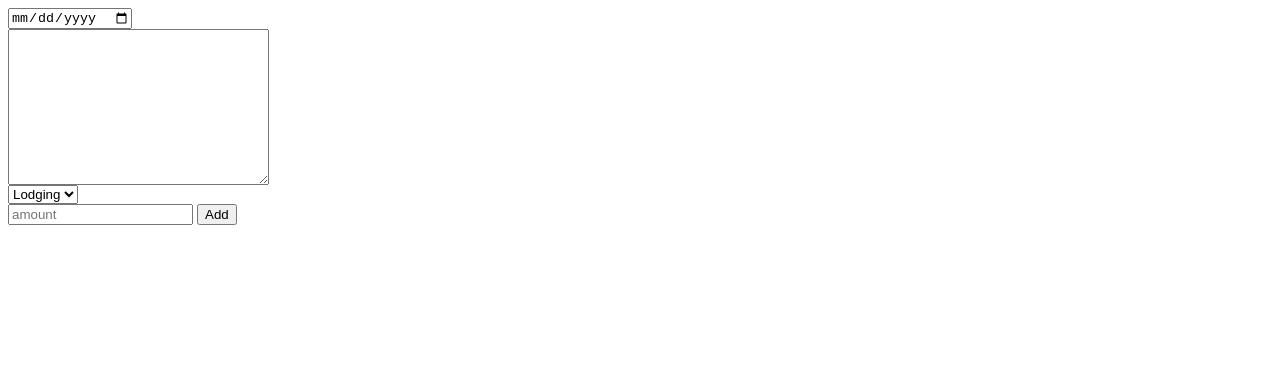
Repository: mileslacue/Project1
Page: Minimal Viable Product/Project1/ERS/src/main/webapp/partials/createReimbursement.html
These files come from the project's save history. The page is drawn as it stood at one moment and after the next save; the edit follows.
The browser window is 1280 px wide. The pictures show the whole page.

Above is the page before, as saved 2018-11-07 00:52:25.

After the next save:
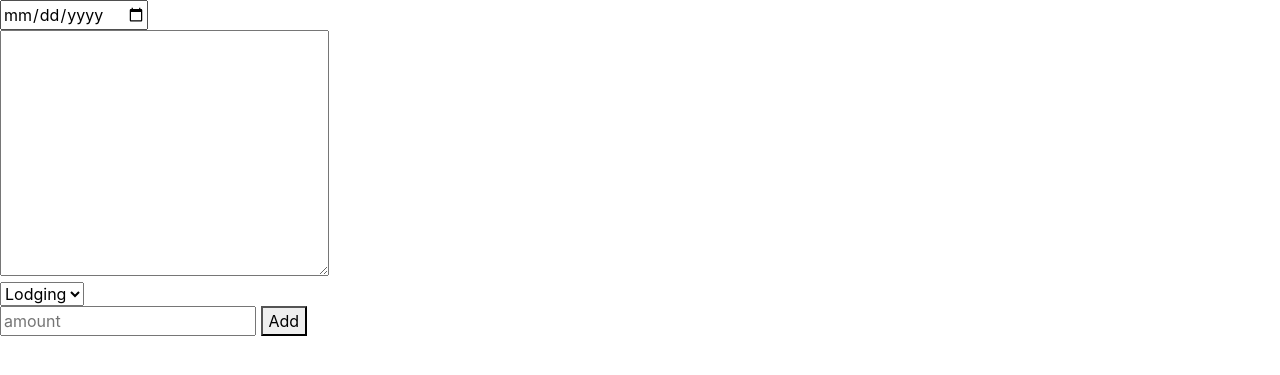
Saved 3 min 21 s later.
--- a/Minimal Viable Product/Project1/ERS/src/main/webapp/partials/createReimbursement.html
+++ b/Minimal Viable Product/Project1/ERS/src/main/webapp/partials/createReimbursement.html
@@ -1,13 +1,27 @@
+<!DOCTYPE html>
+<html lang="en">
+
+<head>
+<meta charset="UTF-8">
+<meta name="viewport" content="width=device-width, initial-scale=1.0">
+<meta http-equiv="X-UA-Compatible" content="ie=edge">
+<link rel="stylesheet"
+	href="https://stackpath.bootstrapcdn.com/bootstrap/4.1.3/css/bootstrap.min.css"
+	integrity="sha384-MCw98/SFnGE8fJT3GXwEOngsV7Zt27NXFoaoApmYm81iuXoPkFOJwJ8ERdknLPMO"
+	crossorigin="anonymous">
+<body>
 <input type="date" id="date" placeholder="">
 <br>
 <textarea name="description" id="description" cols="30" rows="10"></textarea>
 <br>
 <select name="type" id="type">
-<option value="Lodging">Lodging</option>
-<option value="Travel">Travel</option>
-<option value="Food">Food</option>
-<option value="Other">Other</option>
+	<option value="Lodging">Lodging</option>
+	<option value="Travel">Travel</option>
+	<option value="Food">Food</option>
+	<option value="Other">Other</option>
 </select>
 <br>
 <input type="number" placeholder="amount" id="amount">
-<button type="submit" id="add"> Add</button>
+<button type="submit" id="add">Add</button>
+</body>
+</html>
